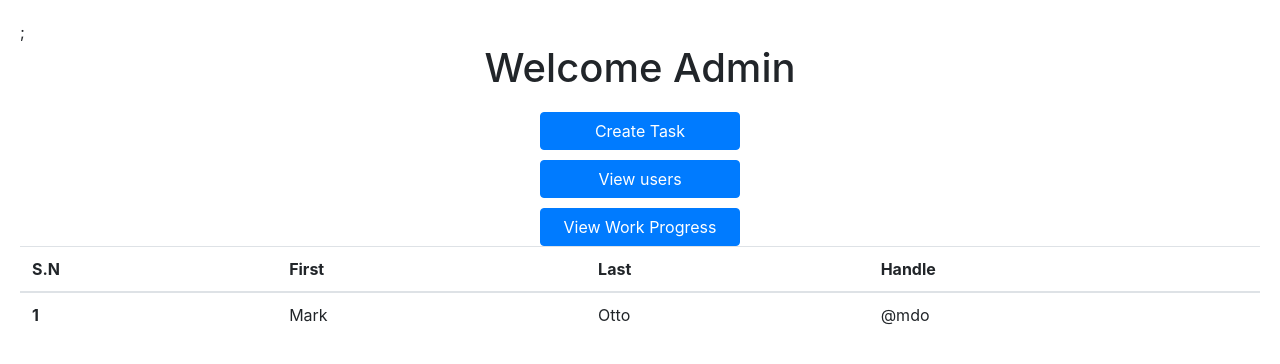
Repository: neha-rouniyar/taskmgmt
Page: http://localhost/admin/view-users
The author's editor kept a copy of each file at every save. The page is drawn from the files as they stood at one save, then again after a run of saves.
The browser window is 1280 px wide. The pictures show the whole page.
Some web libraries are served in a nearby version. The page is served by the project's Laravel application, run on PHP 8.4 with Laravel 10. Other server files are loaded and not shown.

Above is the page before, as saved 2023-12-11 14:57:28.

### routes/web.php
<?php

use App\Http\Controllers\AdminController;
use Illuminate\Support\Facades\Route;
use App\Http\Controllers\LoginController;
/*
|--------------------------------------------------------------------------
| Web Routes
|--------------------------------------------------------------------------
|
| Here is where you can register web routes for your application. These
| routes are loaded by the RouteServiceProvider and all of them will
| be assigned to the "web" middleware group. Make something great!
|
*/

Route::get('/', function () {
    return view('welcome');
});
Route::get('/login-form',[LoginController::class,'index'])->name('login.form');
Route::post('/login-form-submit',[LoginController::class,'loginFormSubmit'])->name('login.form.submit');




Route::get('/register-form',[LoginController::class,'index2'])->name('register.form');
Route::post('/register-form-submit',[LoginController::class,'registerFormSubmit'])->name('register.form.submit');


//user dashboard
Route::get('/user-dashboard',[LoginController::class,'userDashboard'])->name('user.dashboard');
Route::get('/admin-dashboard',[LoginController::class,'adminDashboard'])->name('admin.dashboard');


//admin
Route::get('/admin/view-users',[AdminController::class,'viewUsers'])->name('admin.view.users');

### app/Http/Controllers/AdminController.php
<?php

namespace App\Http\Controllers;

use App\Models\User;
use Illuminate\Http\Request;

class AdminController extends Controller
{
    public function viewUsers()
    {
        $users=User::where('usertype','regular');
        return view('admin.viewUsers',compact('users'));
    }
}

### resources/views/admin/viewUsers.blade.php
@extends('admin.dashboard');
@section('admin-content')

<table class="table">
    <thead>
      <tr>
        <th scope="col">S.N</th>
        <th scope="col">First</th>
        <th scope="col">Last</th>
        <th scope="col">Handle</th>
      </tr>
    </thead>
    <tbody>
      <tr>
        <th scope="row">1</th>
        <td>Mark</td>
        <td>Otto</td>
        <td>@mdo</td>
      </tr>
    </tbody>
  </table>

@endsection

### resources/views/admin/dashboard.blade.php
<!doctype html>
<html lang="en">
  <head>
    <!-- Required meta tags -->
    <meta charset="utf-8">
    <meta name="viewport" content="width=device-width, initial-scale=1, shrink-to-fit=no">

    <!-- Bootstrap CSS -->
    <link rel="stylesheet" href="https://cdn.jsdelivr.net/npm/bootstrap@4.0.0/dist/css/bootstrap.min.css" integrity="sha384-Gn5384xqQ1aoWXA+058RXPxPg6fy4IWvTNh0E263XmFcJlSAwiGgFAW/dAiS6JXm" crossorigin="anonymous">
    <style>
      body {
          padding: 20px;
      }

      h1 {
          margin-bottom: 20px;
      }

      .btn-container {
          display: flex;
          flex-direction: column;
          gap: 10px;
      }

      .btn-container a {
          text-decoration: none;
      }

      .btn {
          width: 200px;
      }
  </style>
    <title>Hello, world!</title>
  </head>
  <body>
    <div class="container text-center">
        <h1>Welcome Admin</h1>
        <div class="btn-container">
            <a href="">
                <button type="button" class="btn btn-primary">Create Task</button>
            </a>
            <a href="{{route('admin.view.users')}}">
                <button type="button" class="btn btn-primary">View users</button>
            </a>
            <a href="">
                <button type="button" class="btn btn-primary">View Work Progress</button>
            </a>
        </div>
    </div>
    @yield('admin-content')
    <script src="https://code.jquery.com/jquery-3.2.1.slim.min.js" integrity="sha384-KJ3o2DKtIkvYIK3UENzmM7KCkRr/rE9/Qpg6aAZGJwFDMVNA/GpGFF93hXpG5KkN" crossorigin="anonymous"></script>
    <script src="https://cdn.jsdelivr.net/npm/popper.js@1.12.9/dist/umd/popper.min.js" integrity="sha384-ApNbgh9B+Y1QKtv3Rn7W3mgPxhU9K/ScQsAP7hUibX39j7fakFPskvXusvfa0b4Q" crossorigin="anonymous"></script>
    <script src="https://cdn.jsdelivr.net/npm/bootstrap@4.0.0/dist/js/bootstrap.min.js" integrity="sha384-JZR6Spejh4U02d8jOt6vLEHfe/JQGiRRSQQxSfFWpi1MquVdAyjUar5+76PVCmYl" crossorigin="anonymous"></script>
</body>
</html>

Loaded but not shown: app/Http/Controllers/Controller.php (common file); app/Models/User.php (common file)

After the next 4 saves:
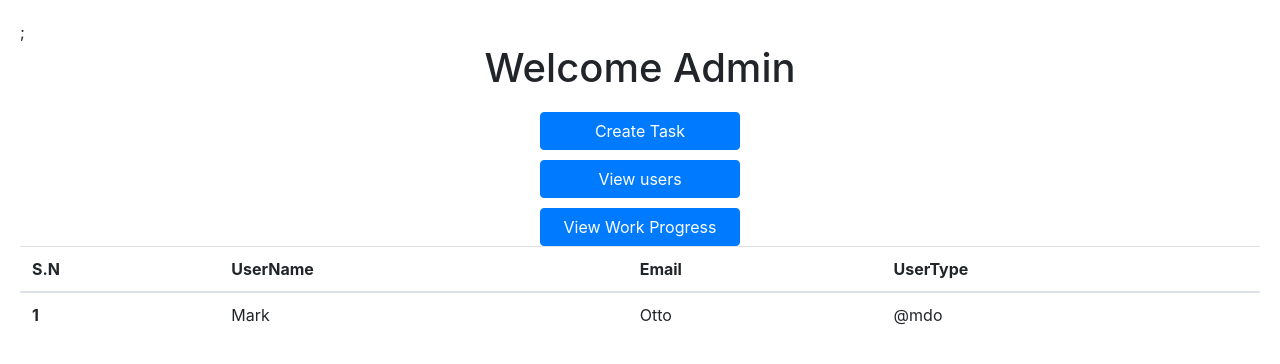
The 4 saves are shown as one change because they came seconds apart.
The last was saved 26 s later.
--- a/resources/views/admin/viewUsers.blade.php
+++ b/resources/views/admin/viewUsers.blade.php
@@ -5,9 +5,9 @@
     <thead>
       <tr>
         <th scope="col">S.N</th>
-        <th scope="col">First</th>
-        <th scope="col">Last</th>
-        <th scope="col">Handle</th>
+        <th scope="col">UserName</th>
+        <th scope="col">Email</th>
+        <th scope="col">UserType</th>
       </tr>
     </thead>
     <tbody>
